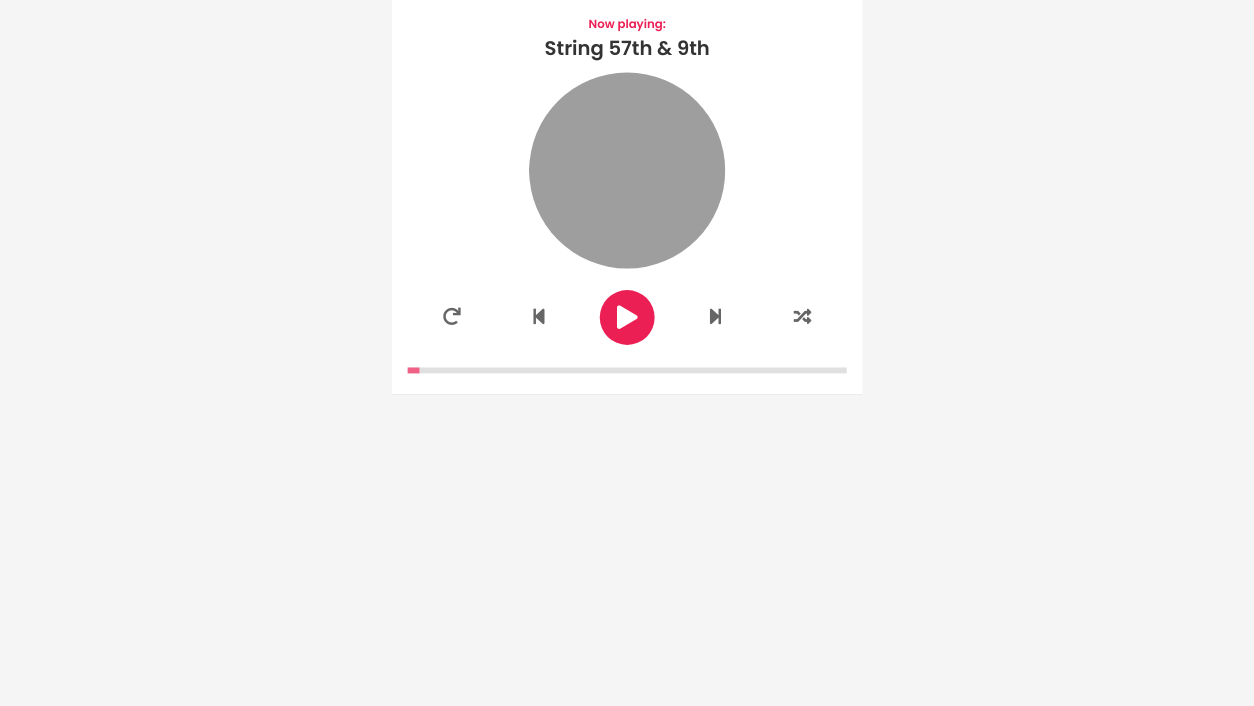
Repository: tongdkhai/Music-Player-
Page: index.html
The author's editor kept a copy of each file at every save. The page is drawn from the files as they stood at one save, then again after the next save.
The browser window is 1280 px wide. The pictures show the whole page, at 98% of full size.
Pictures or frames that could not be fetched are drawn as grey boxes.

Above is the page before, as saved 2022-09-25 21:46:03.

After the next save:
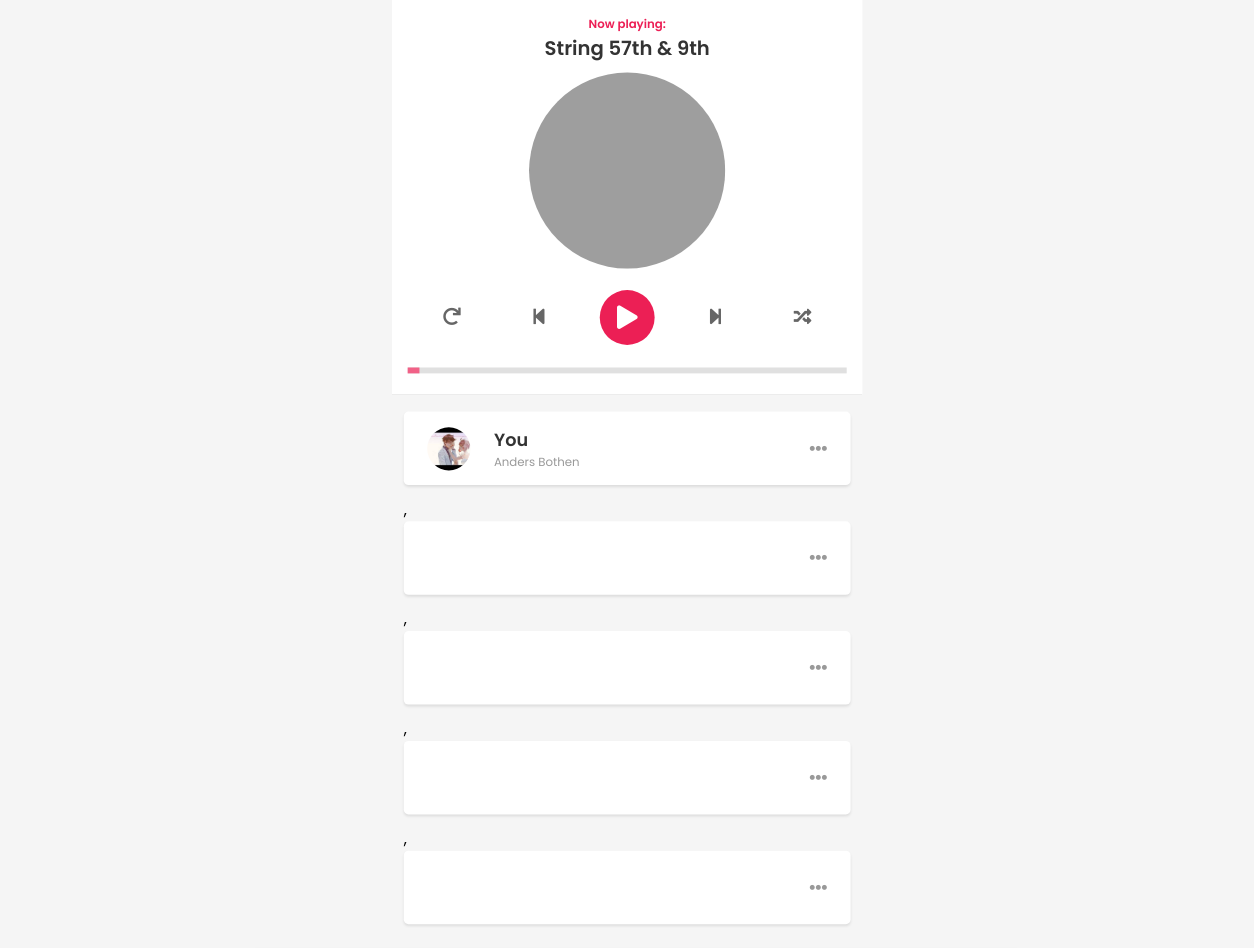
Saved 21 s later.
--- a/index.html
+++ b/index.html
@@ -112,6 +112,7 @@
                     </div>
                     `
                 })
+                playlist.innerHTML = htmls
             },
             start: function() {
                 this.render()
